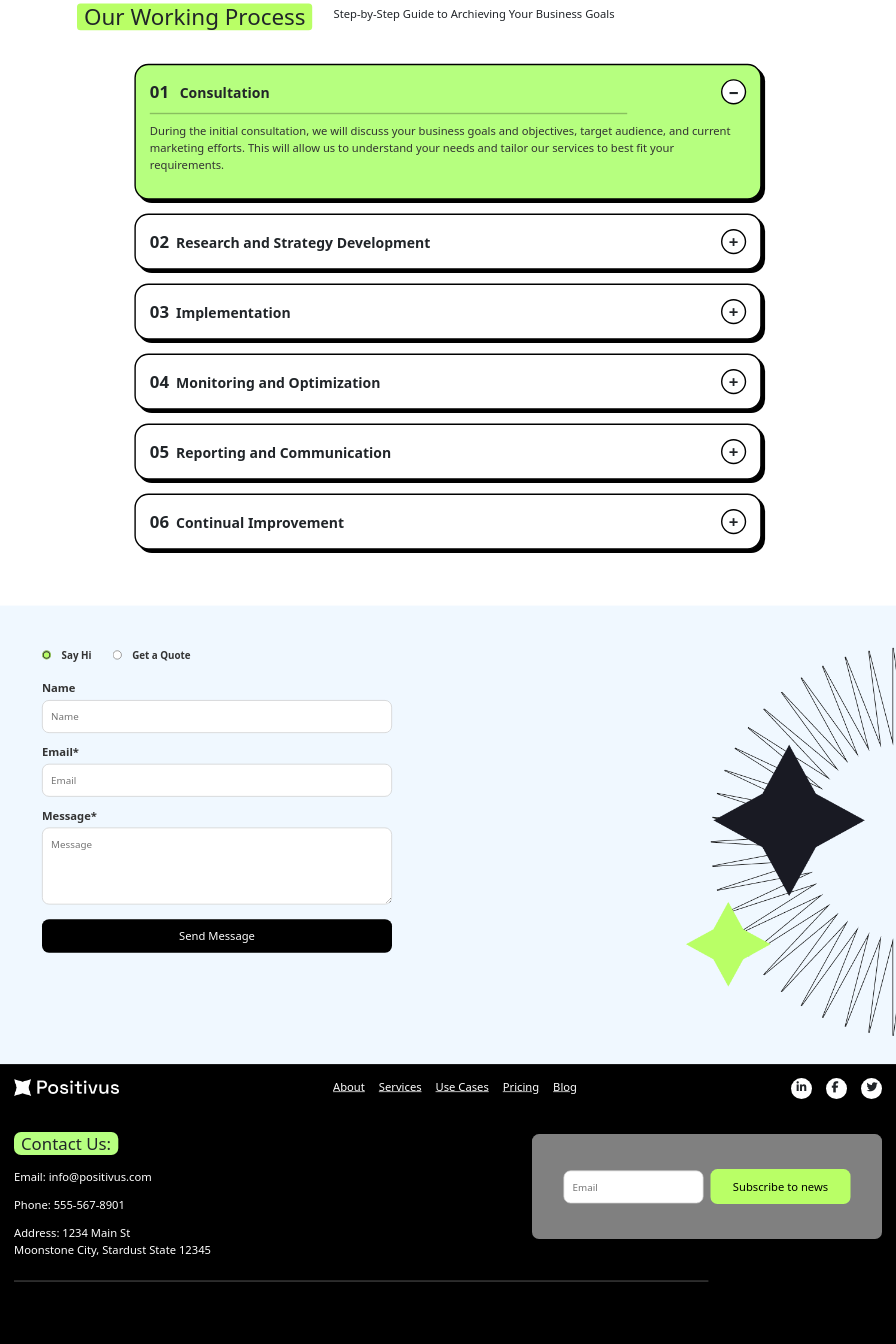
Repository: inshaabbas/CSS-Hackathon-SMIT
Page: index.html
An editor plug-in stored every save of this project. The page is shown before and after a run of saves, followed by the edit.
The browser window is 1280 px wide. The pictures show the part of the page from y = 1253 to 3173 px (the page is 3173 px tall), at 70% of full size.
A picture or video elsewhere on the page could not be fetched, so the positions and the page height are approximate.

Above is the page before, as saved 2025-06-25 11:10:16.

After the next 3 saves:
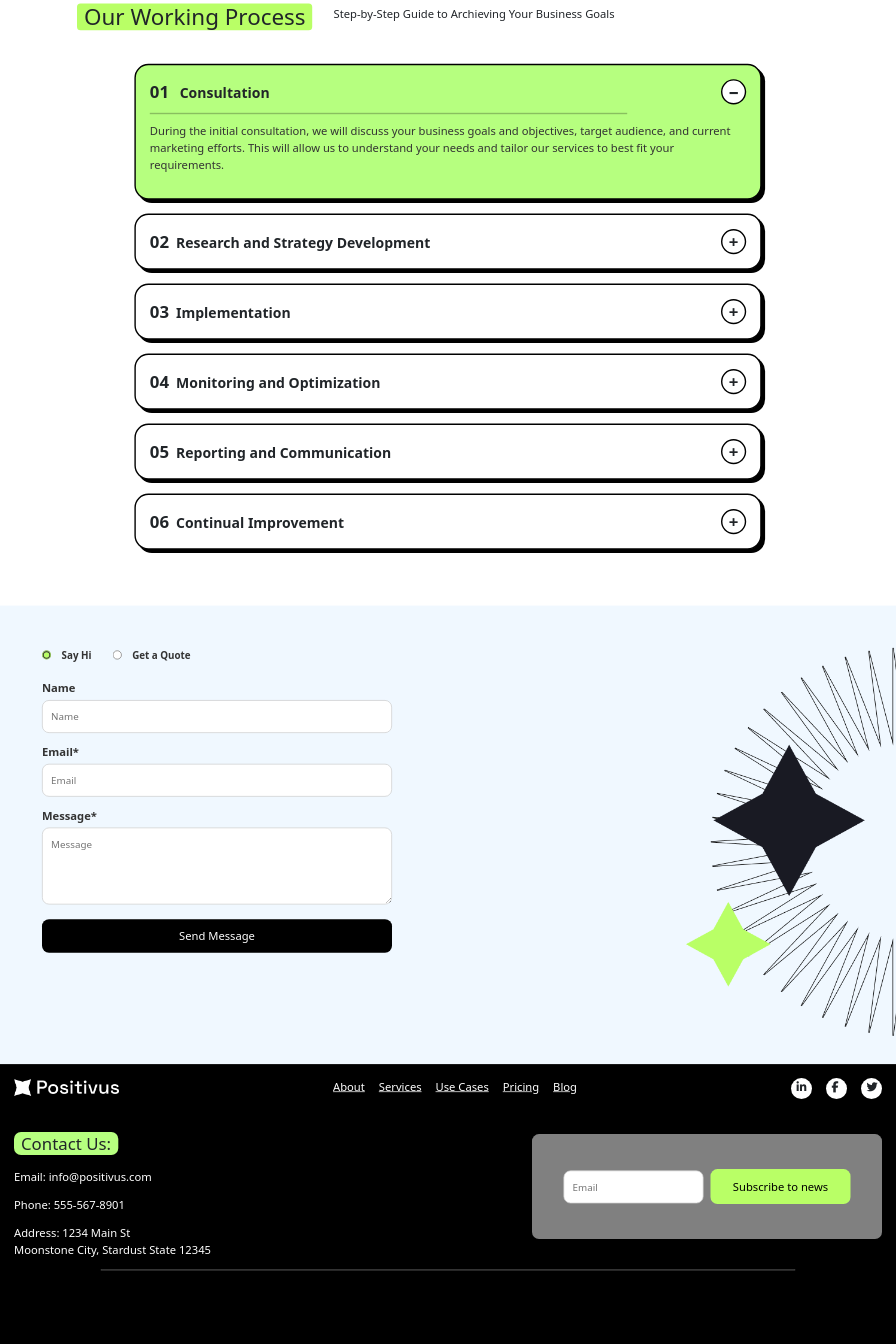
The 3 saves are shown as one change because they came seconds apart.
The last was saved 11 s later.
--- a/style.css
+++ b/style.css
@@ -617,5 +617,5 @@ hr{
     width: 80%;
     color: gray;
     border: 1px white solid;
-    text-align: center;
-}
+    margin: 0 auto;
+}
